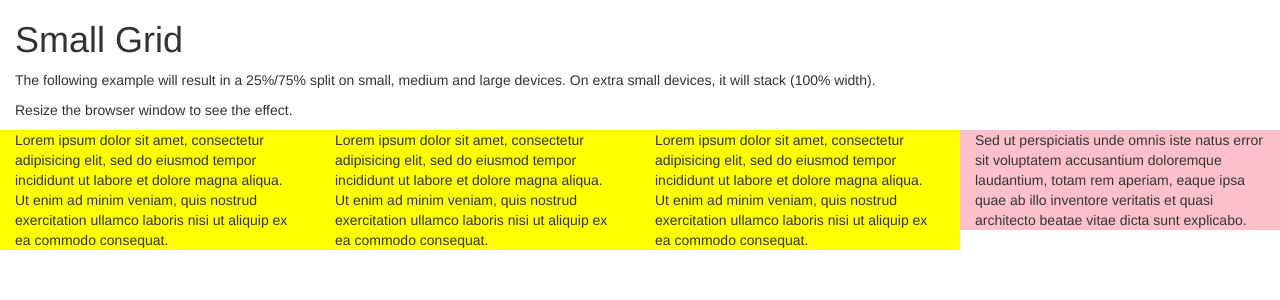
Repository: IreneCho/sk
Page: jqmTest/WebContent/day15/bootTest/b.html
An editor plug-in stored every save of this project. The page is shown before and after the next save, followed by the edit.
The browser window is 1280 px wide. The pictures show the whole page.

Above is the page before, as saved 2016-08-18 03:32:13.

After the next save:
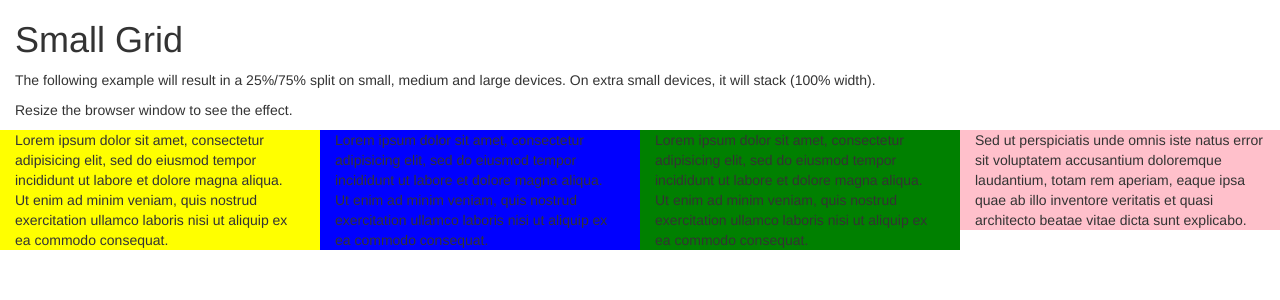
Saved 22 s later.
--- a/jqmTest/WebContent/day15/bootTest/b.html
+++ b/jqmTest/WebContent/day15/bootTest/b.html
@@ -19,11 +19,11 @@
       Lorem ipsum dolor sit amet, consectetur adipisicing elit, sed do eiusmod tempor incididunt ut labore et dolore magna aliqua.<br>
       Ut enim ad minim veniam, quis nostrud exercitation ullamco laboris nisi ut aliquip ex ea commodo consequat.
     </div>
-    <div class="col-sm-3" style="background-color:yellow;">
+    <div class="col-sm-3" style="background-color:blue;">
       Lorem ipsum dolor sit amet, consectetur adipisicing elit, sed do eiusmod tempor incididunt ut labore et dolore magna aliqua.<br>
       Ut enim ad minim veniam, quis nostrud exercitation ullamco laboris nisi ut aliquip ex ea commodo consequat.
     </div>
-    <div class="col-sm-3" style="background-color:yellow;">
+    <div class="col-sm-3" style="background-color:green;">
       Lorem ipsum dolor sit amet, consectetur adipisicing elit, sed do eiusmod tempor incididunt ut labore et dolore magna aliqua.<br>
       Ut enim ad minim veniam, quis nostrud exercitation ullamco laboris nisi ut aliquip ex ea commodo consequat.
     </div>
